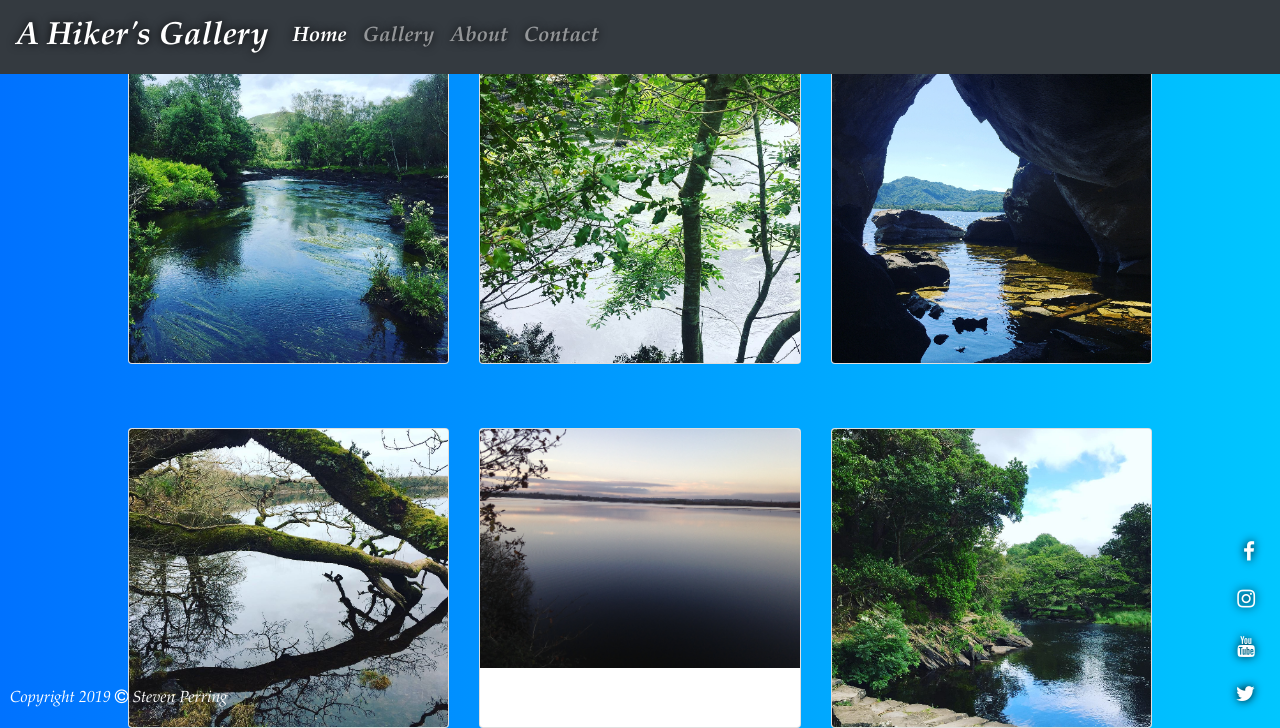
Repository: S-Perring/hiker
Page: gallery.html
The author's editor kept a record of every edit. The page is drawn from the files as they stood at one moment, then again after the next edit.
The browser window is 1280 px wide. The pictures show the whole page.
Some web fonts or font styles are not loaded; a fallback is used.

Above is the page before.

### gallery.html
<!DOCTYPE html>
<html lang="en">
<head>
    <meta charset="UTF-8">
    <meta name="viewport" content="width=device-width, initial-scale=1.0">
    <meta http-equiv="X-UA-Compatible" content="ie=edge">
    <link rel="stylesheet" href="https://stackpath.bootstrapcdn.com/bootstrap/4.3.1/css/bootstrap.min.css" type="text/css" />
    <link rel="stylesheet" href="https://stackpath.bootstrapcdn.com/font-awesome/4.7.0/css/font-awesome.min.css" type="text/css" />
    <link rel="stylesheet" href="https://cdnjs.cloudflare.com/ajax/libs/font-awesome/4.7.0/css/font-awesome.min.css">
    <link rel="stylesheet" href="css/style.css" type="text/css" />
    <title>Hiker's Gallery</title>
</head>

<body>

<header>
  <nav class="navbar fixed-top navbar-expand-sm navbar-dark bg-dark scrolling-navbar">
    <a class="navbar-brand" href="#"><strong>A Hiker's Gallery</strong></a>
    <button class="navbar-toggler" type="button" data-toggle="collapse" data-target="#navbarSupportedContent"
      aria-controls="navbarSupportedContent" aria-expanded="false" aria-label="Toggle navigation">
      <span class="navbar-toggler-icon"></span>
    </button>
    <div class="collapse navbar-collapse" id="navbarSupportedContent">
      <ul class="navbar-nav">
        <li class="nav-item active">
          <a class="nav-link" href="index.html">Home <span class="sr-only">(current)</span></a>
        </li>
        <li class="nav-item">
          <a class="nav-link" href="gallery.html">Gallery</a>
        </li>
        <li class="nav-item">
          <a class="nav-link" href="about.html">About</a>
        </li>
        <li class="nav-item">
          <a class="nav-link" href="contact.html">Contact</a>
        </li>
      </ul>
    </div>
  </nav>

</header>

 <section>
            <div class="container-gallery">

                <div class="card-deck">

                    <div class="card">
                        <img src="css/images/1.JPG" class="card-img-top"
                            alt="Lighthouse on top of a cliff at sunset">
                        </div>

                    <div class="card">
                        <img src="css/images/2.JPG" class="card-img-top"
                            alt="Cliffs by the sea at sunset with a bright moon">
                        </div>


                    <div class="card">
                        <img src="css/images/3.JPG" class="card-img-top"
                            alt="A tree with no leaves at the side of a lake">
                        </div>
                      </div>
                      </div>

                <div class="container-gallery">

                <div class="card-deck">

                    <div class="card">
                        <img src="css/images/4.JPG" class="card-img-top"
                            alt="Lighthouse on top of a cliff at sunset">
                        </div>

                    <div class="card">
                        <img src="css/images/8.JPG" class="card-img-top"
                            alt="Cliffs by the sea at sunset with a bright moon">
                        </div>


                    <div class="card">
                        <img src="css/images/6.JPG" class="card-img-top"
                            alt="A tree with no leaves at the side of a lake">
                        </div>
                      </div>
                    </div>



     </section>





<footer class="fixed-bottom">
   <div class="container">
     <ul class="navbar-nav nav-flex-icons">
        <li class="nav-item" id="highlight">
          <a class="nav-link"><i class="fa fa-facebook"></i></a>
        </li>
        <li class="nav-item" id="highlight">
          <a class="nav-link"><i class="fa fa-instagram"></i></a>
        </li>
                <li class="nav-item" id="highlight">
          <a class="nav-link"><i class="fa fa-youtube"></i></a>
        </li>
                </li>
                <li class="nav-item" id="highlight">
          <a class="nav-link"><i class="fa fa-twitter"></i></a>
        </li>
      </ul>
   </div>
      <div class="copyright">Copyright 2019 <i class="fa fa-copyright"></i> Steven Perring</div>
</footer>

    <script src="https://code.jquery.com/jquery-3.3.1.slim.min.js"></script>
    <script src="https://cdnjs.cloudflare.com/ajax/libs/popper.js/1.14.7/umd/popper.min.js"></script>
    <script src="https://stackpath.bootstrapcdn.com/bootstrap/4.3.1/js/bootstrap.min.js"></script>

</body>

</html>

### css/style.css
@import url('https://fonts.googleapis.com/css?family=Garamond:100,200,300,400,500,600,700');


.nav-link {
    font-family: Garamond;
    font-style: italic;
    font-size: 1.3em;
    font-weight: bold;
    text-decoration: none;
}


.main-pic {
    background-image: url(../css/images/main.JPG);
    background-size: cover;
    max-width: 100%;
    height: 100vh;
    padding: 0;
    display: flex;
    align-items: center;
    justify-content: center;
    background-repeat: no-repeat;

}


.navbar-brand {
    font-family: Garamond;
    font-size: 2em;
    font-style: italic;
}

.explore {
    Background-color: rgba(195, 195, 195, 0.4);
    padding: 20%;
    border-radius: 50%;
    font-family: Garamond;
    text-align: center;
    font-style: italic;
    font-size: 2.5em;
    font-weight: bolder;
    color: #4B0082;

}


a {
    text-shadow: 0 0 10px black;
}

footer {
    padding-left: 10px;
    font-family: Garamond;
    font-style: italic;
    color: #fff;
    font-size: 1em;
}

a:hover {
  text-decoration: none;
  color: #fff;
  transition: 1.5s;

}


.icons {
    text-align: center;
}


.copyright {
    display: inline-block;
    margin-bottom: 10px;
    text-align: left;
    width: 60%;
    position: absolute;
    bottom: 0px;

}

#highlight:hover {
  text-decoration: none;
  color: #4B0082;
  cursor: pointer;
}

.container {
    float: right;
    margin: 0;
    width:5%;
    text-align: right;
    margin-right: 10px;

}






.about {
    Background-color: rgba(208, 208, 208, 0.65);
    padding: 10px;
    margin: 15%;
    border-radius: 10%;
    text-align: center;
    color: #4B0082;
    font-family: Garamond;
    font-style: italic;

}




/*------------------- contact form-------------------------*/


body{
    background: -webkit-linear-gradient(left, #0072ff, #00c6ff);

}
.contact-form{
    Background-color: rgba(208, 208, 208, 0.25);
    font-family: Garamond;
    font-style: italic;
    color: #4B0082;
    margin-top: 10%;
    border-radius: 10%;
    margin-bottom: 5%;
    width: 70%;
}
.contact-form .form-control{
    border-radius:1rem;
}

.contact-form form{
    padding: 14%;

}
.contact-form form .row{
    margin-bottom: -7%;

}
.contact-form h3{
    margin-bottom: 8%;
    margin-top: -10%;
    text-align: center;

}
.contact-form .btnContact {
    margin-right: 25%;
    font-family: Garamond;
    font-style: italic;
    border: none;
    border-radius: 1rem;
    padding: 3%;
    background: #4B0082;
    font-weight: 600;
    color: #fff;
    cursor: pointer;
}


.btnContactSubmit{

    color: #fff;
    background-color: #0062cc;
    border: none;
    cursor: pointer;
}

/*------------------- gallery-------------------------*/

.container-gallery {
    margin-top: 5%;
    margin-left: 10%;
    margin-right: 10%;
    font-family: Garamond;
    font-style: italic;
    text-align: center;
    color: #4B0082;
    padding: inherit;


}

.card {
    position: relative;
    float: left;
    width:  300px;
    height: 300px;
    overflow: hidden;



}

After the next edit:
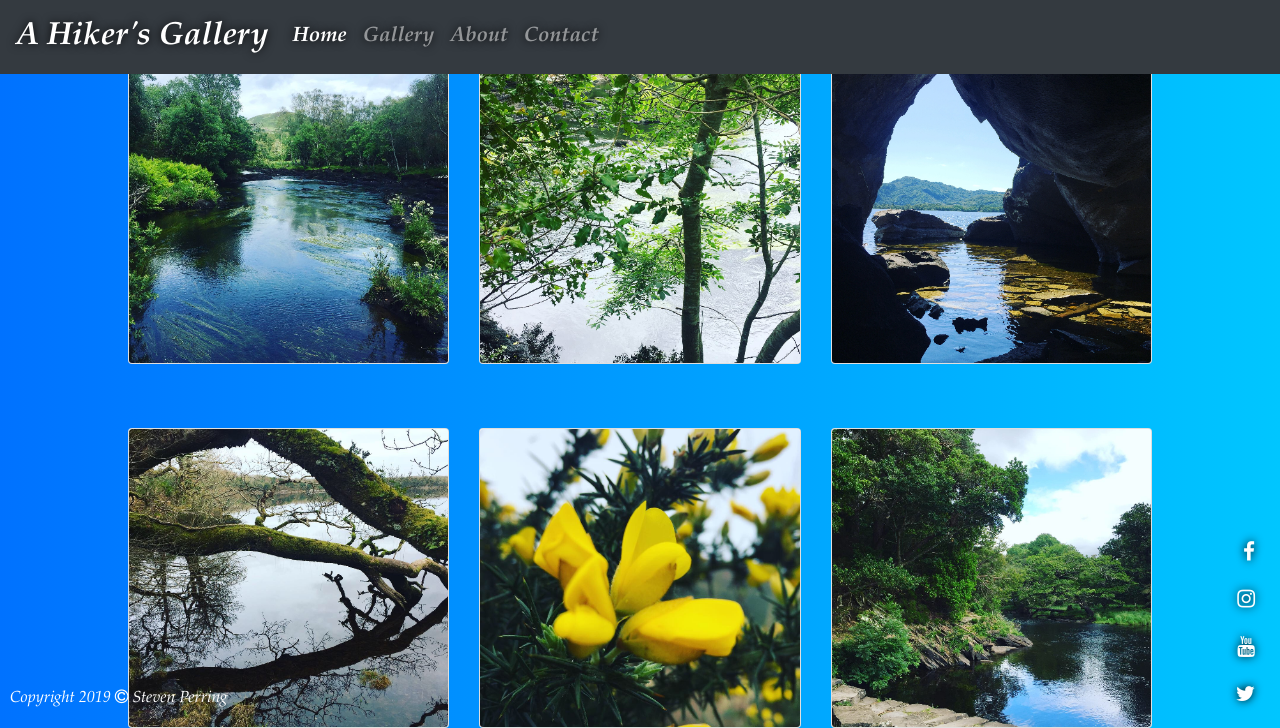
The edit:
--- a/gallery.html
+++ b/gallery.html
@@ -73,7 +73,7 @@
                         </div>
 
                     <div class="card">
-                        <img src="css/images/8.JPG" class="card-img-top"
+                        <img src="css/images/7.JPG" class="card-img-top"
                             alt="Cliffs by the sea at sunset with a bright moon">
                         </div>
 
